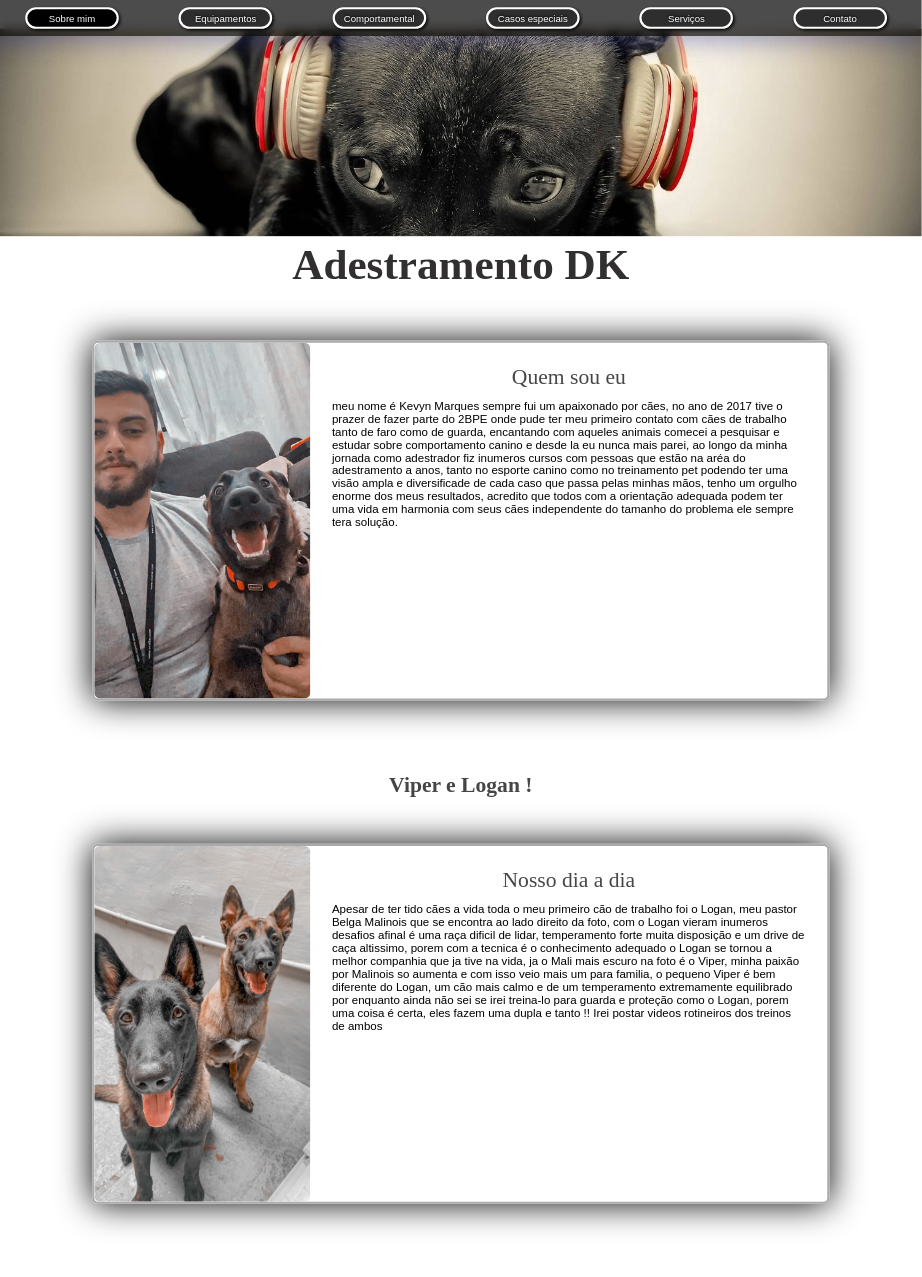
Repository: KevynMarques/Blog-React-StyledComponent
Page: /
An editor plug-in stored every save of this project. The page is shown before and after a run of saves, followed by the edit.
The browser window is 1280 px wide. The pictures show the whole page, at 72% of full size.
The project was rebuilt for these pictures with package versions that can differ from the ones it lists, and the page was loaded fresh each time. Also part of the build but not shown: src/Components/Equipamentos/index.jsx, src/Components/Comportamental/index.jsx, src/Components/Clientes/index.jsx, src/Components/Serviços/index.jsx, src/Components/Contato/index.jsx.

Above is the page before, as saved 2022-02-21 13:53:22.

After the next 2 saves:
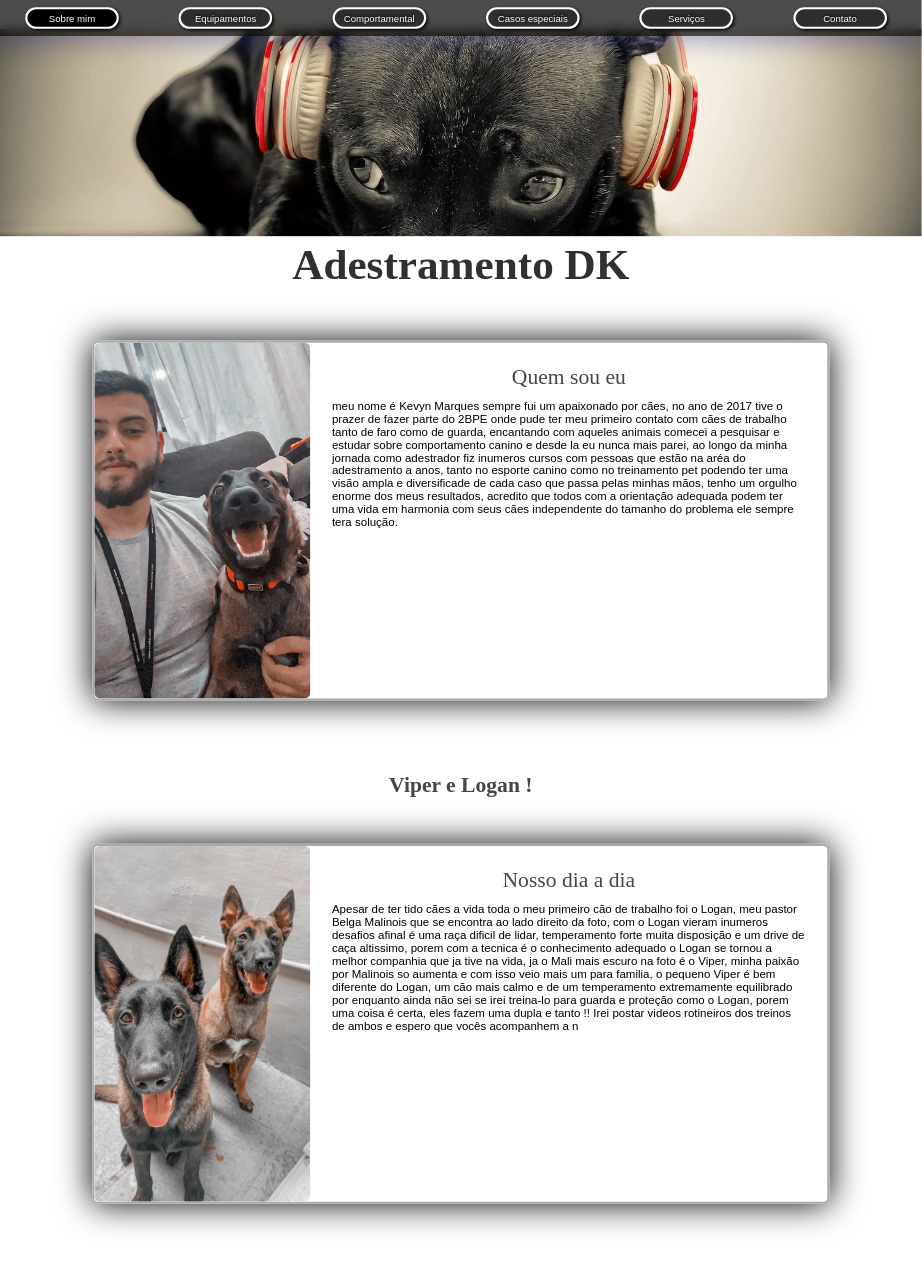
The 2 saves are shown as one change because they came seconds apart.
The last was saved 58 s later.
--- a/src/Components/Sobre/index.jsx
+++ b/src/Components/Sobre/index.jsx
@@ -42,7 +42,7 @@ export default () => {
        </ContainerIMG>
        <Info>
        <TitleInfo>Nosso dia a dia</TitleInfo>
-       Apesar de ter tido cães a vida toda o meu primeiro cão de trabalho foi o Logan, meu pastor Belga Malinois que se encontra ao lado direito da foto, com o Logan vieram inumeros desafios afinal é uma raça dificil de lidar, temperamento forte muita disposição e um drive de caça altissimo, porem com a tecnica é o conhecimento adequado o Logan se tornou a melhor companhia que ja tive na vida, ja o Mali mais escuro na foto é o Viper, minha paixão por Malinois so aumenta e com isso veio mais um para familia, o pequeno Viper é bem diferente do Logan, um cão mais calmo e de um temperamento extremamente equilibrado por enquanto ainda não sei se irei treina-lo para guarda e proteção como o Logan, porem uma coisa é certa, eles fazem uma dupla e tanto !! Irei postar videos rotineiros dos treinos de ambos
+       Apesar de ter tido cães a vida toda o meu primeiro cão de trabalho foi o Logan, meu pastor Belga Malinois que se encontra ao lado direito da foto, com o Logan vieram inumeros desafios afinal é uma raça dificil de lidar, temperamento forte muita disposição e um drive de caça altissimo, porem com a tecnica é o conhecimento adequado o Logan se tornou a melhor companhia que ja tive na vida, ja o Mali mais escuro na foto é o Viper, minha paixão por Malinois so aumenta e com isso veio mais um para familia, o pequeno Viper é bem diferente do Logan, um cão mais calmo e de um temperamento extremamente equilibrado por enquanto ainda não sei se irei treina-lo para guarda e proteção como o Logan, porem uma coisa é certa, eles fazem uma dupla e tanto !! Irei postar videos rotineiros dos treinos de ambos e espero que vocês acompanhem a n
        </Info>
       </ContainerBox>
 </>
